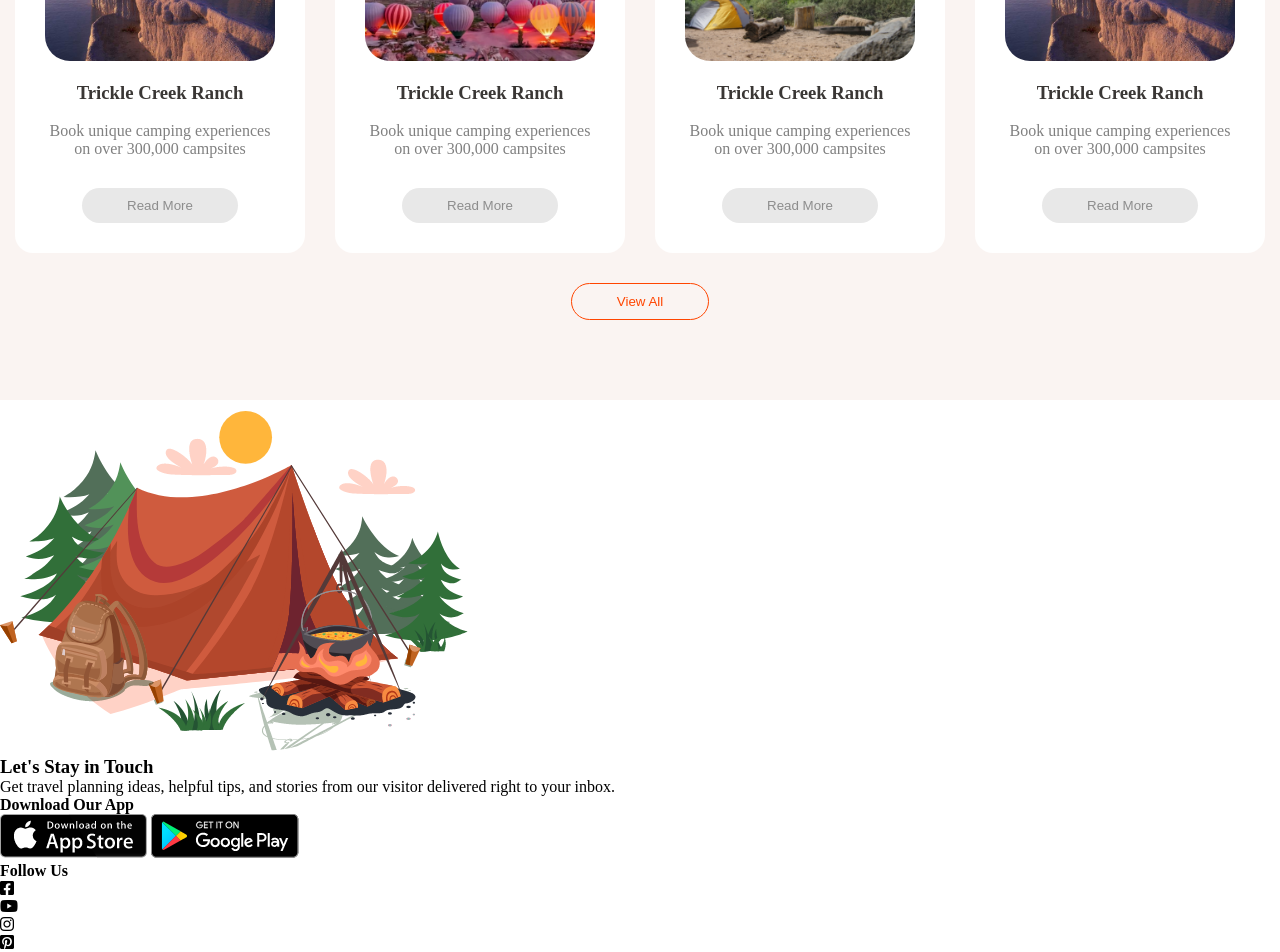
Repository: giahuy405/BC38_Camping_Pham_Gia_Huy
Page: index.html
These files come from the project's save history. The page is drawn as it stood at one moment and after the next save; the edit follows.
The browser window is 1280 px wide. The pictures show the part of the page from y = 1035 to 1987 px (the page is 1987 px tall before and 1916 px after).

Above is the page before, as saved 2022-09-13 19:28:37.

After the next save:
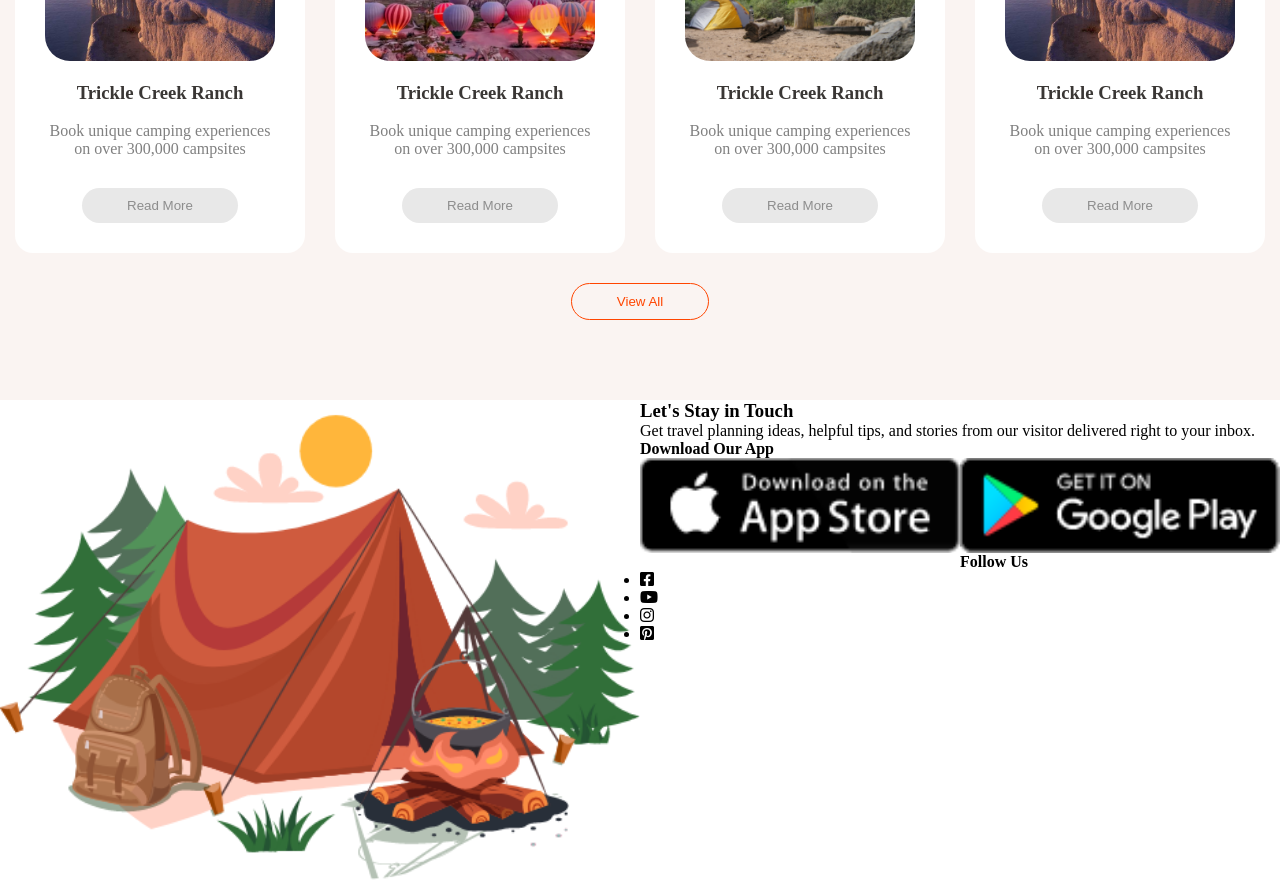
Saved 42 s later.
--- a/css/index.css
+++ b/css/index.css
@@ -109,3 +109,7 @@
     background-color: #3a3735;
     color: white;
 }
+.contact img,.contact__items{
+    float: left;
+    width: 50%;
+}
